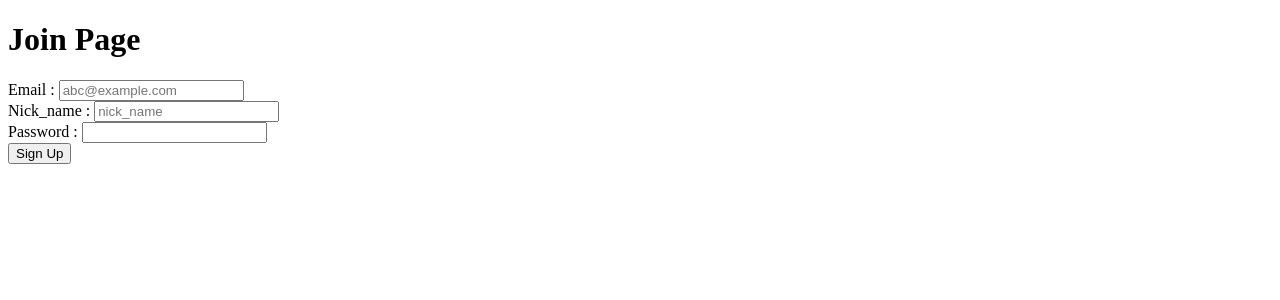
Repository: dhalfks/jsp
Page: http://localhost/jsp_project/member/join.jsp
The author's editor kept a copy of each file at every save. The page is drawn from the files as they stood at one save, then again after the next save.
The browser window is 1280 px wide. The pictures show the whole page.
The page is served by Tomcat 9.

Above is the page before, as saved 2022-08-29 07:57:59.

After the next save:
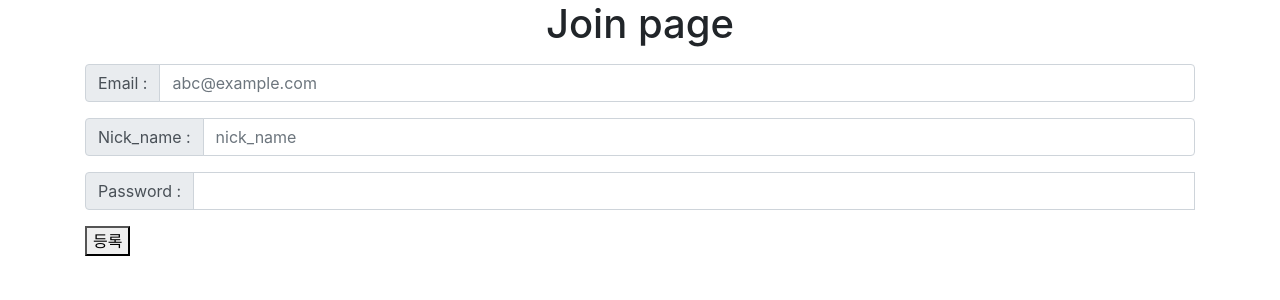
Saved 9 min 59 s later.
--- a/_jsp2_workspace(board+mamber)/jsp_project/src/main/webapp/member/join.jsp
+++ b/_jsp2_workspace(board+mamber)/jsp_project/src/main/webapp/member/join.jsp
@@ -2,6 +2,48 @@
     pageEncoding="UTF-8"%>
 <%@ taglib uri="http://java.sun.com/jsp/jstl/core" prefix="c"%>
 <!DOCTYPE html>
+<html lang="en">
+<head>
+  <title>Bootstrap Example</title>
+  <meta charset="utf-8">
+  <meta name="viewport" content="width=device-width, initial-scale=1">
+  <link rel="stylesheet" href="https://cdn.jsdelivr.net/npm/bootstrap@4.6.1/dist/css/bootstrap.min.css">
+  <script src="https://cdn.jsdelivr.net/npm/jquery@3.6.0/dist/jquery.slim.min.js"></script>
+  <script src="https://cdn.jsdelivr.net/npm/popper.js@1.16.1/dist/umd/popper.min.js"></script>
+  <script src="https://cdn.jsdelivr.net/npm/bootstrap@4.6.1/dist/js/bootstrap.bundle.min.js"></script>
+</head>
+<body>
+
+	<h1 align="center">Join page</h1>
+	<div class="container mt-3">
+	<form action="/mem/register" method="post">
+
+
+    <div class="input-group mb-3">
+    <div class="input-group-prepend">
+      <span class="input-group-text">Email : </span>
+    </div>
+    <input type="email" name="email" class="form-control" placeholder="abc@example.com">
+  </div>
+    <div class="input-group mb-3">
+    <div class="input-group-prepend">
+      <span class="input-group-text">Nick_name : </span>
+    </div>
+    <input type="text" name="nick_name" class="form-control" placeholder="nick_name">
+  </div>
+    <div class="input-group mb-3">
+    <div class="input-group-prepend">
+      <span class="input-group-text">Password : </span>
+    </div>
+   <input type="password" name="pwd" class="form-control"><br>
+
+  </div>
+  <button type="submit">등록</button>
+</form>
+</div>
+</body>
+</html>
+<!-- <!DOCTYPE html>
 <html>
 <head>
 <meta charset="UTF-8">
@@ -16,4 +58,4 @@
 	<button type="submit">Sign Up</button>
 </form>
 </body>
-</html>
+</html> -->
